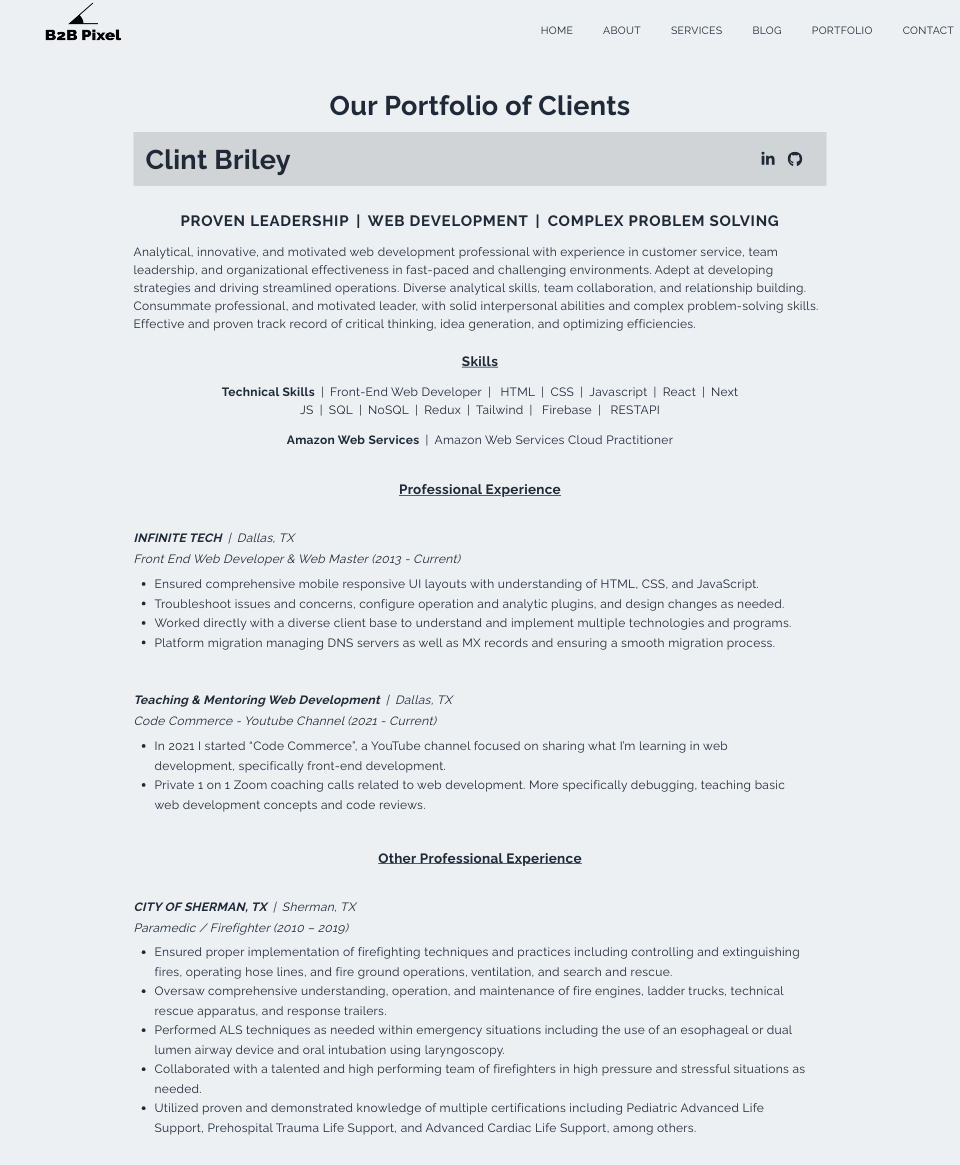
Repository: DID0101/nextjs.b2b
Page: /resume
The author's editor kept a copy of each file at every save. The page is drawn from the files as they stood at one save, then again after the next save.
The browser window is 1280 px wide. The pictures show the whole page, at 75% of full size.
The project was rebuilt for these pictures with package versions that can differ from the ones it lists, and the page was loaded fresh each time. The framework's server and built-in components were replaced by stand-ins that run in the browser. Also part of the build but not shown: next.config.js.

Above is the page before, as saved 2024-01-22 07:07:23.

After the next save:
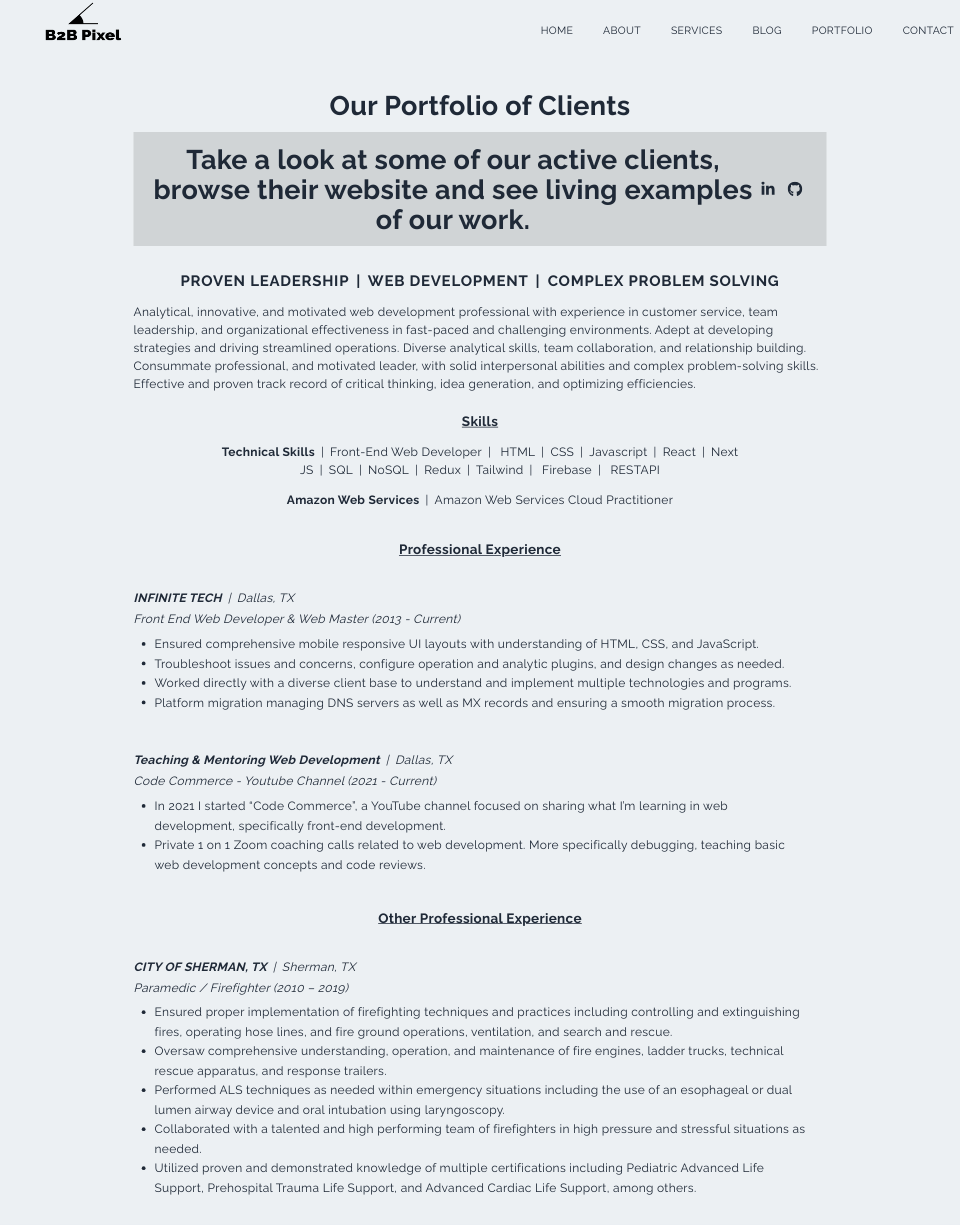
Saved 24 s later.
--- a/pages/resume.jsx
+++ b/pages/resume.jsx
@@ -17,7 +17,7 @@
       <div className='max-w-[940px] mx-auto p-2 pt-[120px]'>
         <h2 className='text-center'>Our Portfolio of Clients</h2>
         <div className='bg-[#d0d4d6] my-4 p-4 w-full flex justify-between items-center'>
-          <h2 className='text-center'>Clint Briley</h2>
+          <h2 className='text-center'>Take a look at some of our active clients, browse their website and see living examples of our work.</h2>
           <div className='flex'>
             <a
               href='https://www.linkedin.com/in/clint-briley-50056920a/'

After the save that followed:
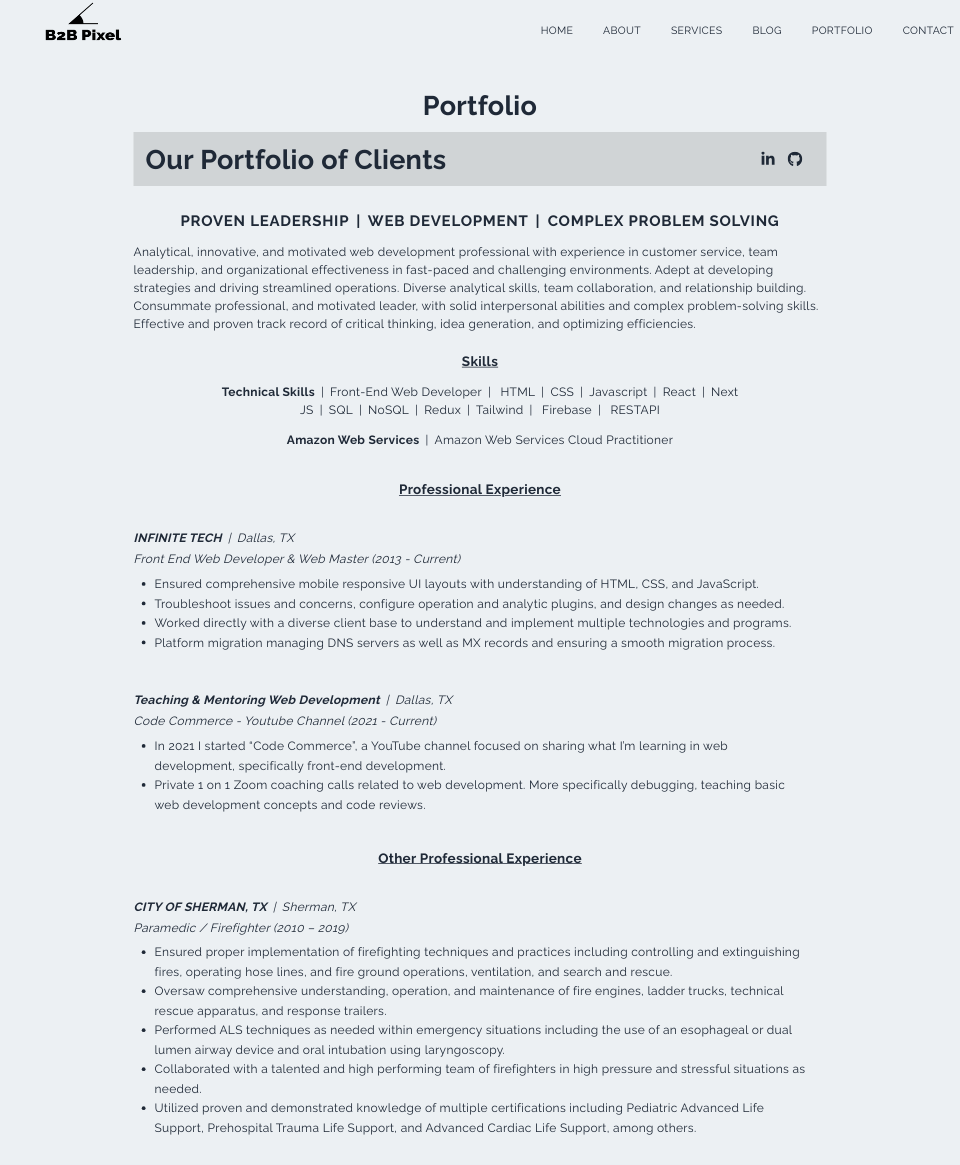
Saved 37 s later.
--- a/pages/resume.jsx
+++ b/pages/resume.jsx
@@ -15,9 +15,9 @@
       </Head>
 
       <div className='max-w-[940px] mx-auto p-2 pt-[120px]'>
-        <h2 className='text-center'>Our Portfolio of Clients</h2>
+        <h2 className='text-center'>Portfolio</h2>
         <div className='bg-[#d0d4d6] my-4 p-4 w-full flex justify-between items-center'>
-          <h2 className='text-center'>Take a look at some of our active clients, browse their website and see living examples of our work.</h2>
+          <h2 className='text-center'>Our Portfolio of Clients</h2>
           <div className='flex'>
             <a
               href='https://www.linkedin.com/in/clint-briley-50056920a/'
